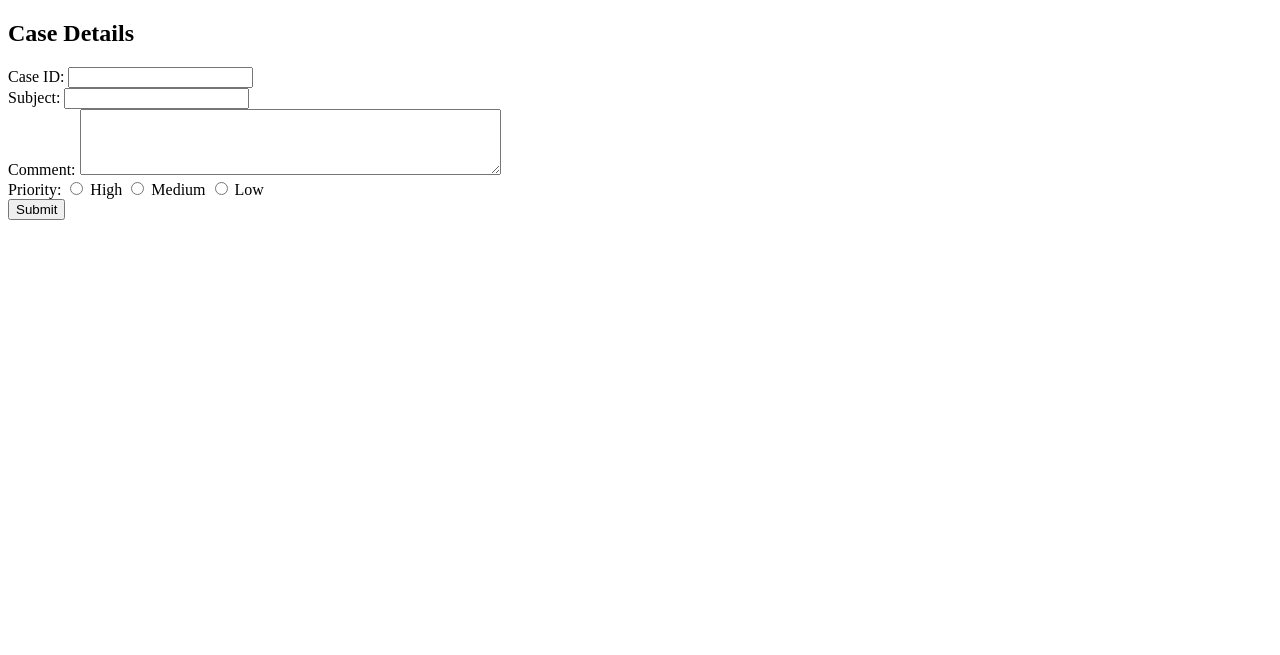
Repository: vRia4/INST728J-Victoria-Nathaniel
Page: Class Exercise/t1.html
An editor plug-in stored every save of this project. The page is shown before and after the next save, followed by the edit.
The browser window is 1280 px wide. The pictures show the whole page.

Above is the page before, as saved 2023-07-25 11:52:05.

After the next save:
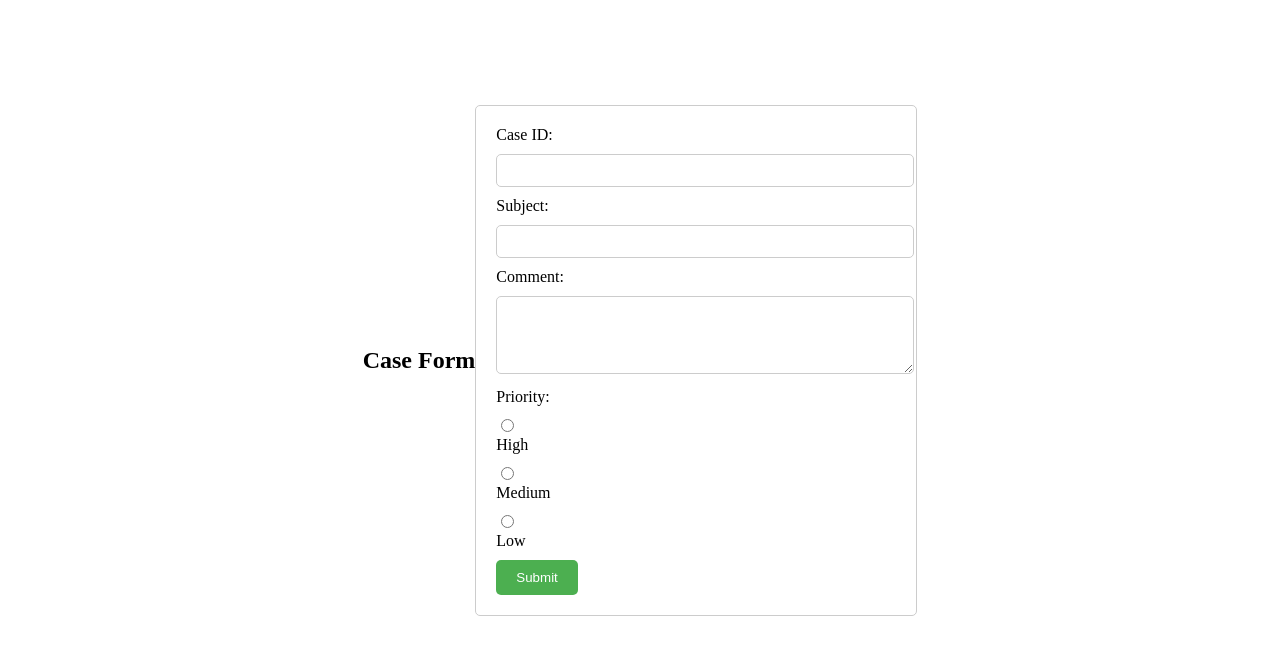
Saved 106 s later.
--- a/Class Exercise/t1.html
+++ b/Class Exercise/t1.html
@@ -2,18 +2,65 @@
 <html>
 <head>
   <title>Case Form</title>
+  <style>
+    body {
+      display: flex;
+      justify-content: center;
+      align-items: center;
+      height: 100vh;
+      margin: 0;
+    }
+
+    form {
+      width: 400px;
+      padding: 20px;
+      border: 1px solid #ccc;
+      border-radius: 5px;
+    }
+
+    label {
+      display: block;
+      margin-bottom: 10px;
+    }
+
+    input[type="text"],
+    textarea {
+      width: 100%;
+      padding: 8px;
+      margin-bottom: 10px;
+      border: 1px solid #ccc;
+      border-radius: 5px;
+    }
+
+    input[type="radio"] {
+      margin-right: 5px;
+    }
+
+    input[type="submit"] {
+      background-color: #4CAF50;
+      color: white;
+      border: none;
+      padding: 10px 20px;
+      border-radius: 5px;
+      cursor: pointer;
+    }
+
+    input[type="submit"]:hover {
+      background-color: #45a049;
+    }
+  </style>
 </head>
 <body>
-  <h2>Case Details</h2>
+  <h2>Case Form</h2>
   <form action="#" method="post">
     <label for="caseID">Case ID:</label>
-    <input type="text" id="caseID" name="caseID" required><br>
+    <input type="text" id="caseID" name="caseID" required>
 
     <label for="subject">Subject:</label>
-    <input type="text" id="subject" name="subject" required><br>
+    <input type="text" id="subject" name="subject" required>
 
     <label for="comment">Comment:</label>
-    <textarea id="comment" name="comment" rows="4" cols="50" required></textarea><br>
+    <textarea id="comment" name="comment" rows="4" required></textarea>
 
     <label>Priority:</label>
     <input type="radio" id="high" name="priority" value="high" required>
@@ -23,7 +70,7 @@
     <label for="medium">Medium</label>
 
     <input type="radio" id="low" name="priority" value="low">
-    <label for="low">Low</label><br>
+    <label for="low">Low</label>
 
     <input type="submit" value="Submit">
   </form>
